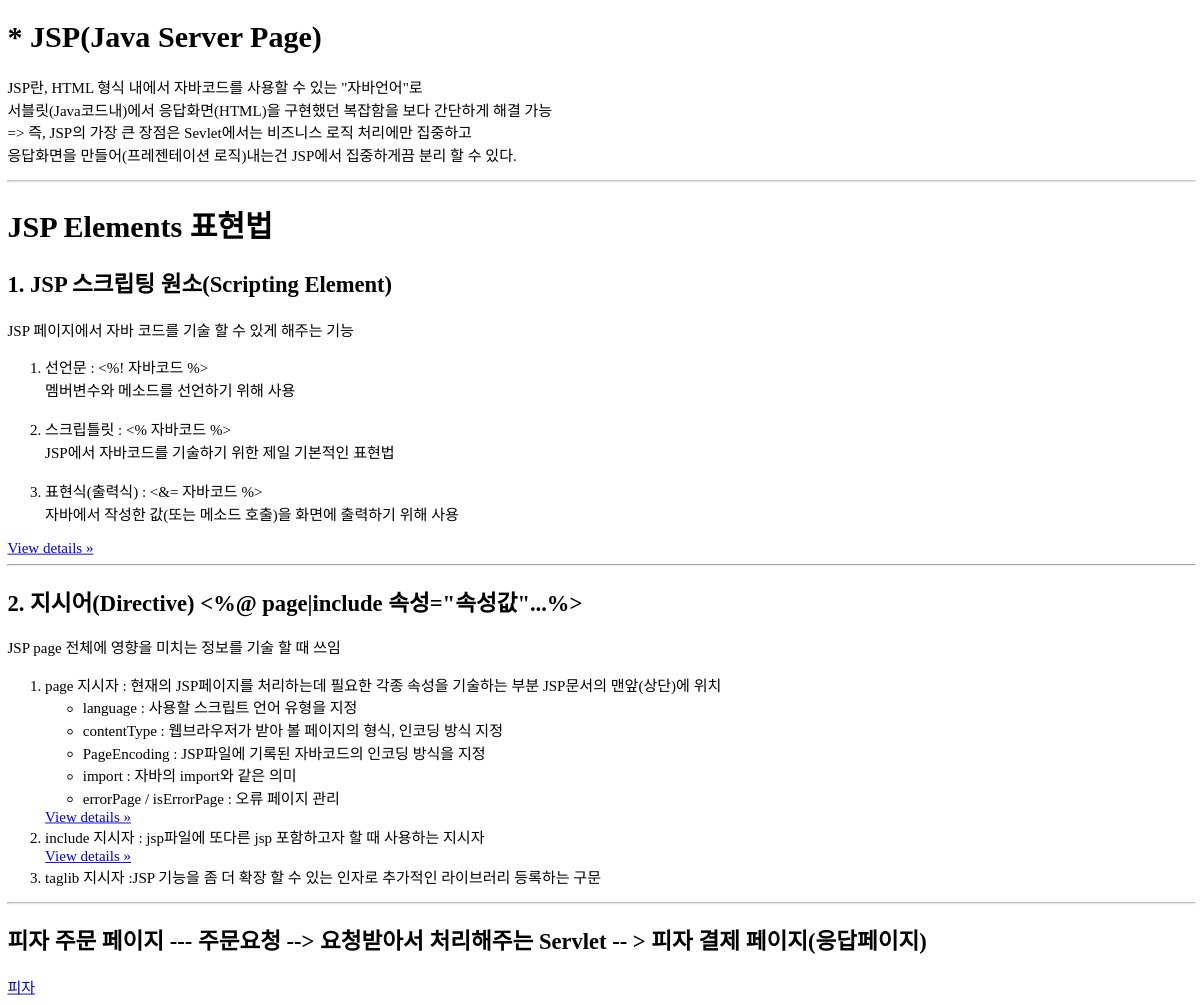
Repository: pje00427/webserver_workspace1
Page: 2_JSP/WebContent/index.html
An editor plug-in stored every save of this project. The page is shown before and after the next save, followed by the edit.
The browser window is 1280 px wide. The pictures show the whole page, at 94% of full size.

Above is the page before, as saved 2020-08-31 06:13:42.

### 2_JSP/WebContent/index.html
<!DOCTYPE html>
<html>
<head>
<meta charset="UTF-8">
<title>Insert title here</title>
</head>
<body>

	<h1>* JSP(Java Server Page)</h1>

	<p>
		JSP란, HTML 형식 내에서 자바코드를 사용할 수 있는 "자바언어"로 <br>
		서블릿(Java코드내)에서 응답화면(HTML)을 구현했던 복잡함을 보다 간단하게 해결 가능<br>
		=> 즉, JSP의 가장 큰 장점은 Sevlet에서는 비즈니스 로직 처리에만 집중하고 <br>
		    응답화면을 만들어(프레젠테이션 로직)내는건 JSP에서 집중하게끔 분리 할 수 있다.
	</p>
	<hr>

	<h1>JSP Elements 표현법</h1>  <!-- 필기확인하기 -->

	<h2>1. JSP 스크립팅 원소(Scripting Element)</h2>
	<p>JSP 페이지에서 자바 코드를 기술 할 수 있게 해주는 기능</p>
	<ol>
		<li>
			선언문 : &lt;%! 자바코드 	%&gt; <br>
			멤버변수와 메소드를 선언하기 위해 사용 <br><br>
		</li>

		<li>
			스크립틀릿 : &lt;% 	자바코드 	%&gt; <br>
			JSP에서 자바코드를 기술하기 위한 제일 기본적인 표현법 <br><br>
		</li>
		<li>
			표현식(출력식) : &lt;&=  자바코드	%&gt;<br>
			자바에서 작성한 값(또는 메소드 호출)을 화면에 출력하기 위해 사용
		</li>

	</ol>

	<a href="views/01_ScriptingElement.jsp">View details &raquo;</a>
	<hr>

	<h2>2. 지시어(Directive) &lt;%@ page|include 속성="속성값"...%&gt;</h2>
	<p>JSP page 전체에 영향을 미치는 정보를 기술 할 때 쓰임</p>

	<ol>
		<li>
			page 지시자 : 현재의 JSP페이지를 처리하는데 필요한 각종 속성을 기술하는 부분 JSP문서의 맨앞(상단)에 위치<br>
			<ul>
				<li>language : 사용할 스크립트 언어 유형을 지정</li>
				<li>contentType : 웹브라우저가 받아 볼 페이지의 형식, 인코딩 방식 지정</li>
				<li>PageEncoding : JSP파일에 기록된 자바코드의 인코딩 방식을 지정</li>
				<li>import : 자바의 import와 같은 의미</li>
				<li>errorPage / isErrorPage : 오류 페이지 관리</li>
			</ul>
			<a href="views/02_directivePage.jsp">View details &raquo;</a>
		</li>
		<li>
			include 지시자 : jsp파일에 또다른 jsp 포함하고자 할 때 사용하는 지시자 <br>
			<a href="views/03_directiveInclude.jsp">View details &raquo;</a>
		</li>
		<li>
			taglib 지시자 :JSP 기능을 좀 더 확장 할 수 있는 인자로 추가적인 라이브러리 등록하는 구문 <br>
		</li>
	</ol>

	<hr>
	<h2>피자 주문 페이지 --- 주문요청 --> 요청받아서 처리해주는 Servlet -- > 피자 결제 페이지(응답페이지)</h2>

	<a href="views/04_pizzaOrderForm.jsp">피자</a>

</body>
</html>

After the next save:
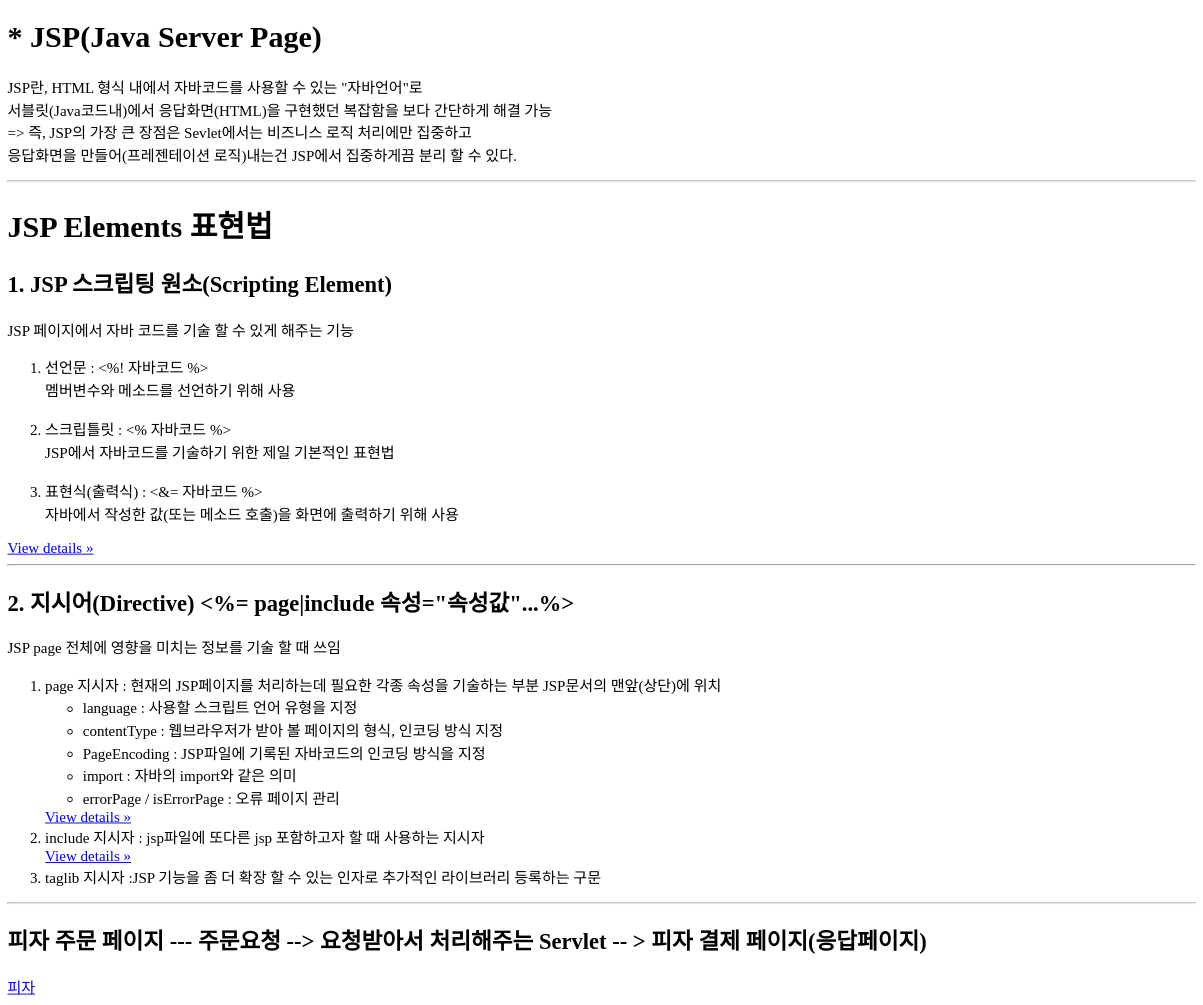
Saved 23 min 8 s later.
--- a/2_JSP/WebContent/index.html
+++ b/2_JSP/WebContent/index.html
@@ -40,7 +40,7 @@
 	<a href="views/01_ScriptingElement.jsp">View details &raquo;</a>
 	<hr>
 
-	<h2>2. 지시어(Directive) &lt;%@ page|include 속성="속성값"...%&gt;</h2>
+	<h2>2. 지시어(Directive) &lt;%= page|include 속성="속성값"...%&gt;</h2>
 	<p>JSP page 전체에 영향을 미치는 정보를 기술 할 때 쓰임</p>
 
 	<ol>
